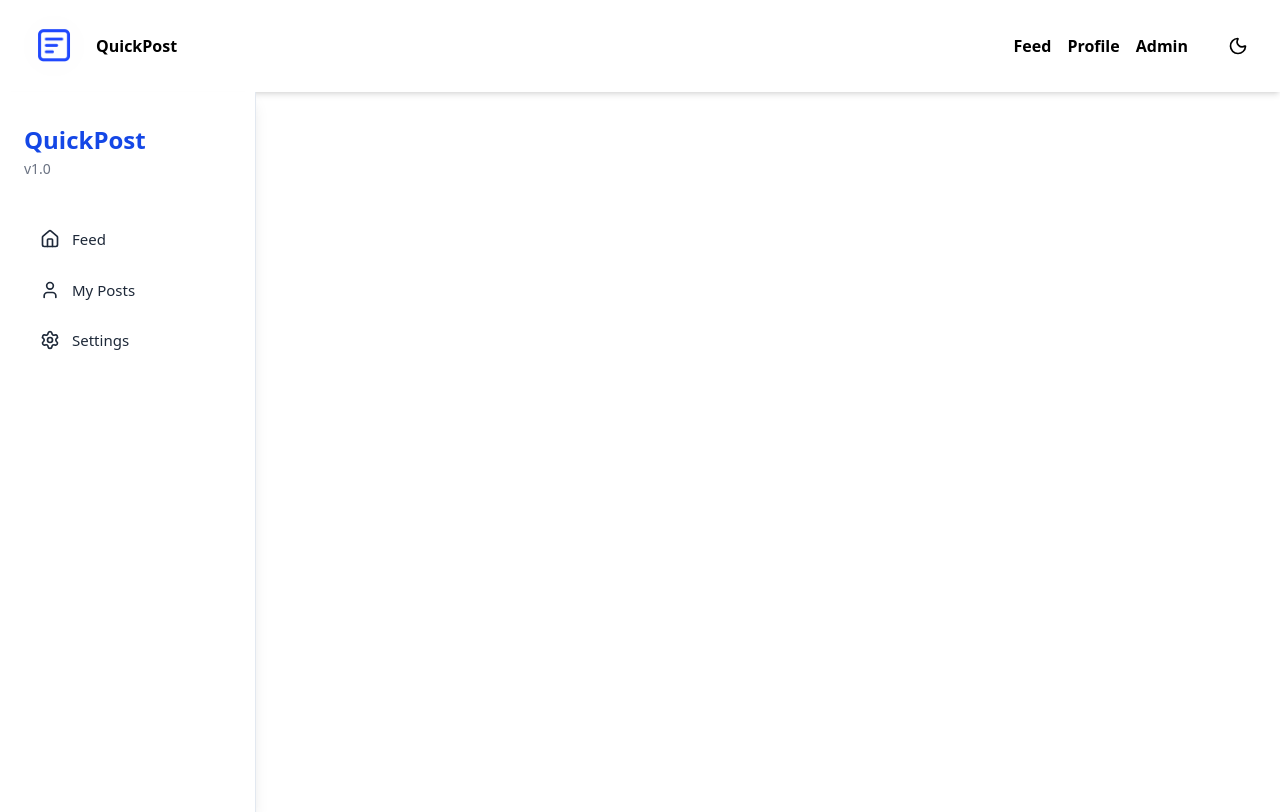
Repository: keith212005/quickpost
Page: /
An editor plug-in stored every save of this project. The page is shown before and after the next save, followed by the edit.
The browser window is 1280 px wide. The pictures show the whole page.
The project was rebuilt for these pictures with package versions that can differ from the ones it lists, and the page was loaded fresh each time. The framework's server and built-in components were replaced by stand-ins that run in the browser. Also part of the build but not shown: next.config.ts.

Above is the page before, as saved 2025-05-02 17:13:30.

### src/app/layout.tsx
import './globals.css';

import type { Metadata } from 'next';
import { Geist, Geist_Mono } from 'next/font/google';

import NavBar from '@/components/layout/NavBar';
import SideBar from '@/components/layout/SideBar';
import { ThemeProvider } from '@/components/ThemeProvider';

const geistSans = Geist({
  variable: '--font-geist-sans',
  subsets: ['latin'],
});

const geistMono = Geist_Mono({
  variable: '--font-geist-mono',
  subsets: ['latin'],
});

export const metadata: Metadata = {
  title: 'Create Next App',
  description: 'Generated by create next app',
};

export default function RootLayout({
  children,
}: Readonly<{
  children: React.ReactNode;
}>) {
  return (
    <html lang='en' suppressHydrationWarning>
      <body
        className={`${geistSans.variable} ${geistMono.variable} antialiased`}
      >
        <ThemeProvider
          attribute='class'
          defaultTheme='system'
          enableSystem
          disableTransitionOnChange
        >
          <NavBar />
          <div className='flex'>
            <SideBar />
            <main className='flex-1'>{children}</main>
          </div>
        </ThemeProvider>
      </body>
    </html>
  );
}

### src/app/page.tsx
export default function Home() {
  return (
    <div className='grid min-h-screen grid-rows-[20px_1fr_20px] items-center justify-items-center gap-16 p-8 pb-20 font-[family-name:var(--font-geist-sans)] sm:p-20'>
      <main className='row-start-2 flex flex-col items-center gap-[32px] sm:items-start'></main>
      <footer className='row-start-3 flex flex-wrap items-center justify-center gap-[24px]'></footer>
    </div>
  );
}

### src/components/layout/NavBar.tsx
'use client';

import { Moon, Sun } from 'lucide-react';
import Image from 'next/image';
import { useTheme } from 'next-themes';
import { useEffect, useState } from 'react';

import NavLink from '../ui/NavLink';

export default function Navbar() {
  const { theme, setTheme } = useTheme();
  const [mounted, setMounted] = useState(false);

  useEffect(() => {
    setMounted(true);
  }, []);

  return (
    <header className='w-full bg-white shadow-md dark:bg-black'>
      <div className='mx-auto flex max-w-7xl items-center justify-between px-6 py-4'>
        <div className='flex items-center space-x-3'>
          <Image
            src='/quick-post-logo.png'
            alt='logo'
            width={60}
            height={60}
            className='rounded-full'
          />
          <NavLink href='/' label='QuickPost' />
        </div>
        <nav className='flex items-center gap-4'>
          <NavLink href='/dashboard' label='Feed' />
          <NavLink href='/profile' label='Profile' />
          <NavLink href='/admin' label='Admin' />

          {mounted && (
            <button
              onClick={() => setTheme(theme === 'dark' ? 'light' : 'dark')}
              className='ml-4 rounded p-2 transition-colors hover:bg-gray-200 dark:hover:bg-gray-400'
              aria-label='Toggle Theme'
            >
              {theme === 'dark' ? (
                <Sun className='h-5 w-5 dark:text-white' />
              ) : (
                <Moon className='h-5 w-5 text-black' />
              )}
            </button>
          )}
        </nav>
      </div>
    </header>
  );
}

### src/components/layout/SideBar.tsx
'use client';

import { Home, Settings, User } from 'lucide-react';
import Link from 'next/link';

export default function Sidebar() {
  return (
    <aside className='hidden h-screen w-64 flex-col border-r bg-white px-6 py-8 shadow-lg md:flex dark:bg-black'>
      <div className='mb-10'>
        <h1 className='text-2xl font-extrabold text-blue-700 dark:text-white'>
          QuickPost
        </h1>
        <span className='text-sm text-gray-500 dark:text-gray-400'>v1.0</span>
      </div>
      <nav className='flex flex-col space-y-3 text-[15px] font-medium text-gray-800'>
        <Link
          href='/dashboard'
          className='flex items-center gap-3 rounded-lg px-4 py-2 transition hover:bg-blue-50 dark:text-white'
        >
          <Home className='h-5 w-5 dark:text-white' />
          Feed
        </Link>
        <Link
          href='/profile'
          className='flex items-center gap-3 rounded-lg px-4 py-2 transition hover:bg-blue-50'
        >
          <User className='h-5 w-5' />
          My Posts
        </Link>
        <Link
          href='/settings'
          className='flex items-center gap-3 rounded-lg px-4 py-2 transition hover:bg-blue-50'
        >
          <Settings className='h-5 w-5' />
          Settings
        </Link>
      </nav>
    </aside>
  );
}

### src/components/ThemeProvider.tsx
import * as React from "react"
import { ThemeProvider as NextThemesProvider } from "next-themes";

export function ThemeProvider({
    children,
    ...props
  }: React.ComponentProps<typeof NextThemesProvider>) {
    return <NextThemesProvider {...props}>{children}</NextThemesProvider>
}

### src/components/ui/NavLink.tsx
import Link2 from 'next/link';
import React from 'react';

type NavLinkProps = {
  href: string;
  label: string;
};

const NavLink = ({ href, label }: NavLinkProps) => {
  return (
    <Link2 href={href} className='font-semibold text-black dark:text-white'>
      {label}
    </Link2>
  );
};

export default NavLink;

Loaded but not shown: src/app/globals.css (common file)

After the next save:
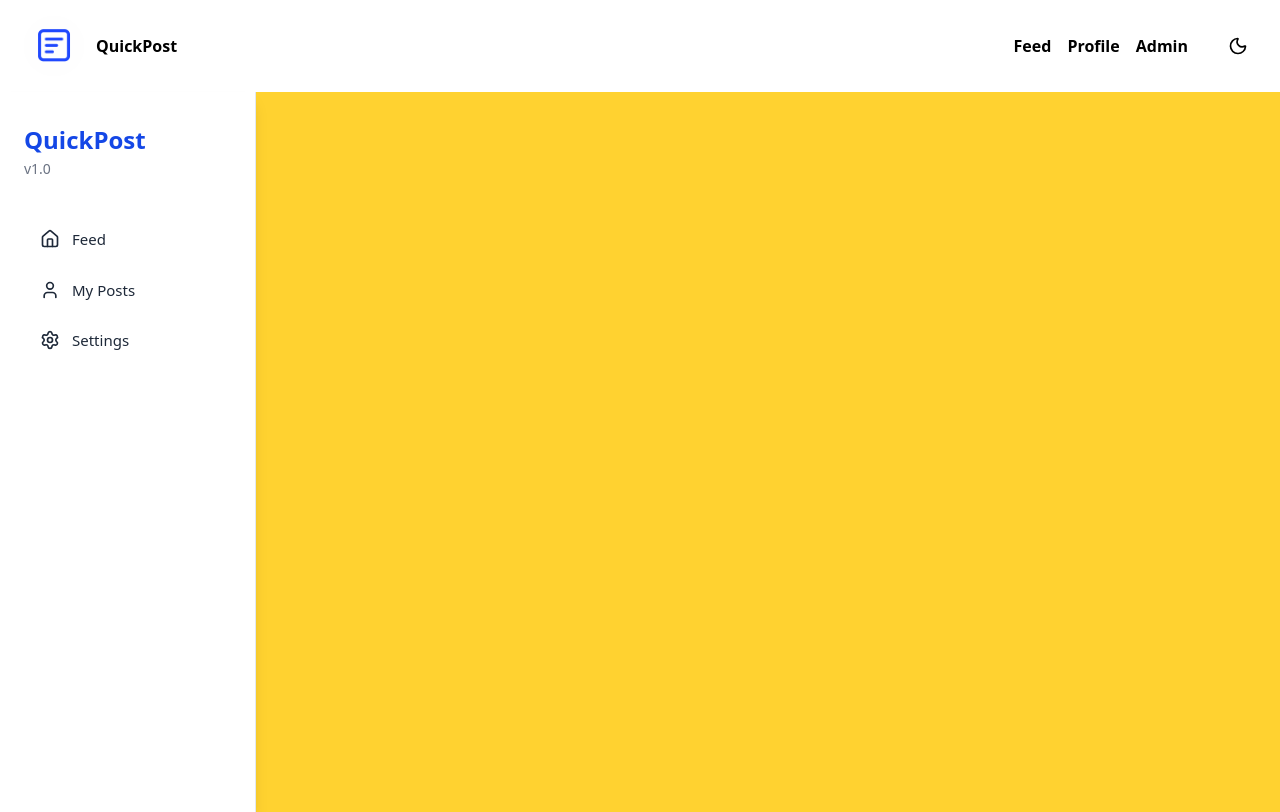
Saved 71 s later.
--- a/src/app/layout.tsx
+++ b/src/app/layout.tsx
@@ -39,7 +39,7 @@
           disableTransitionOnChange
         >
           <NavBar />
-          <div className='flex'>
+          <div className='flex bg-amber-300'>
             <SideBar />
             <main className='flex-1'>{children}</main>
           </div>

After the save that followed:
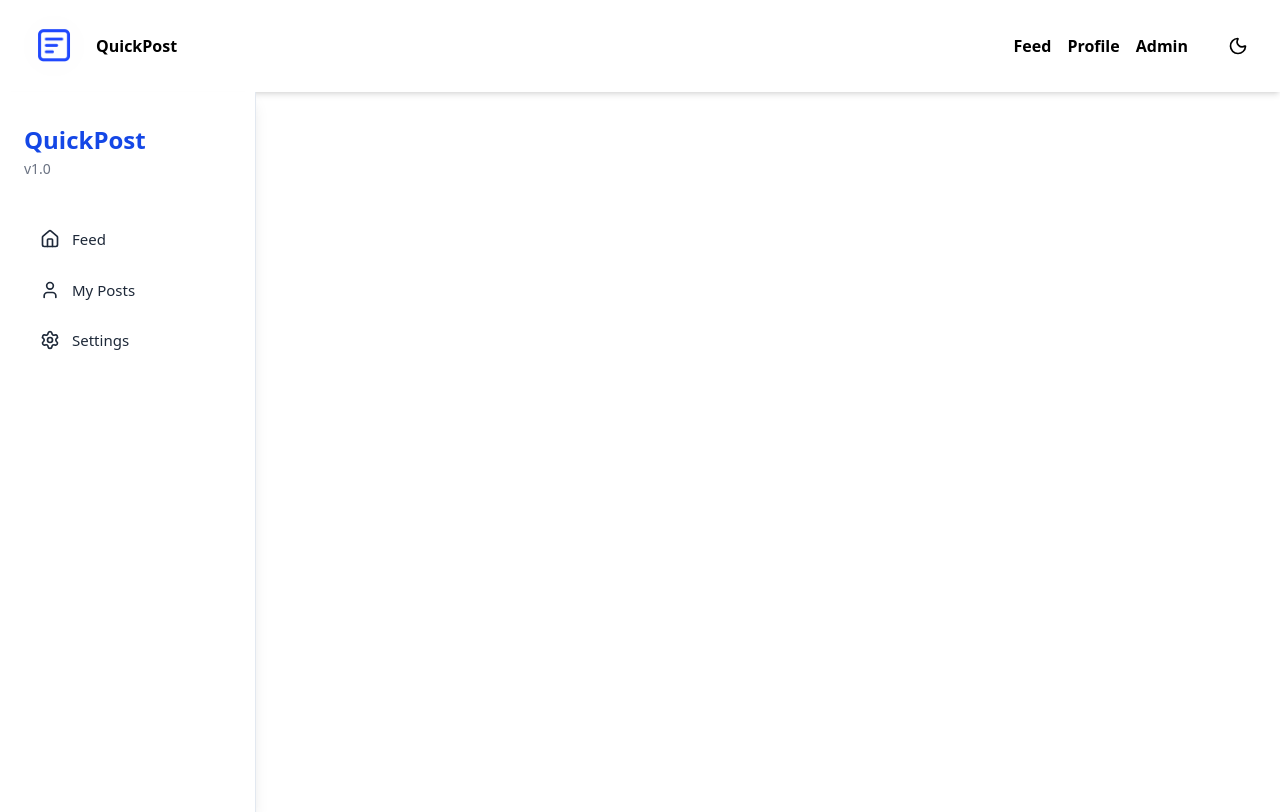
Saved 6 s later.
--- a/src/app/layout.tsx
+++ b/src/app/layout.tsx
@@ -39,7 +39,7 @@
           disableTransitionOnChange
         >
           <NavBar />
-          <div className='flex bg-amber-300'>
+          <div className='flex'>
             <SideBar />
             <main className='flex-1'>{children}</main>
           </div>
